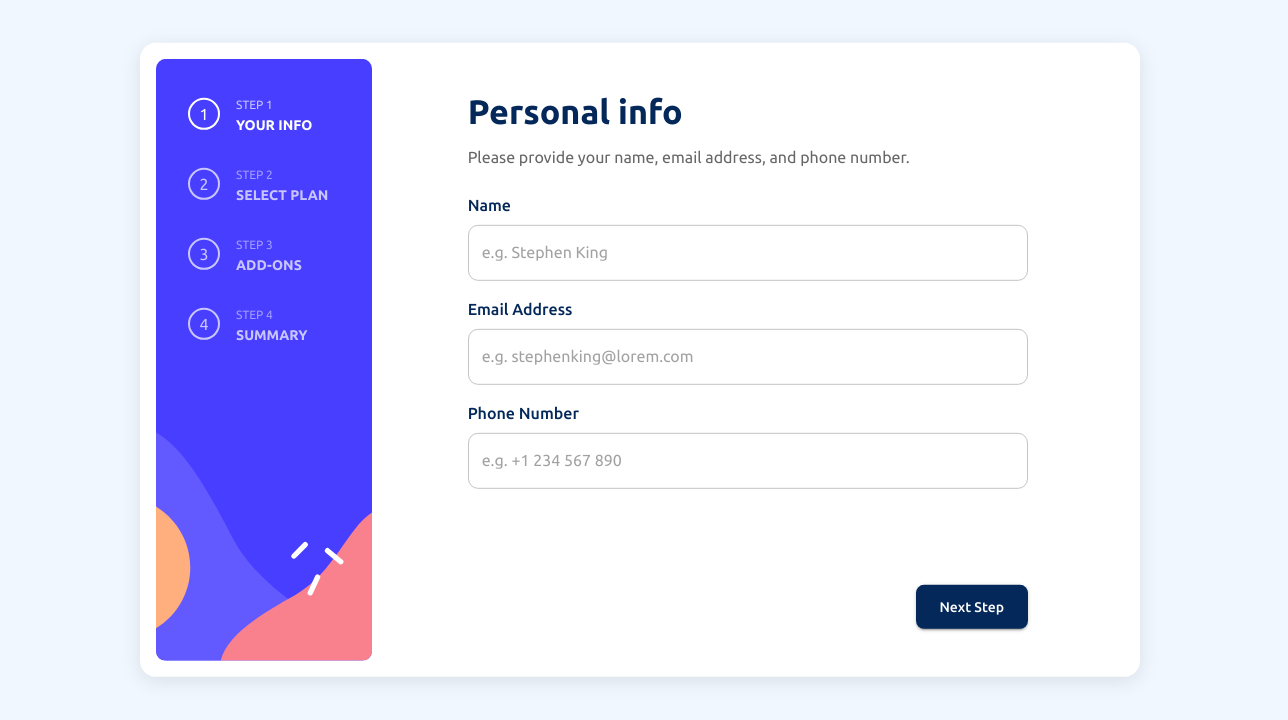
Repository: ozerrrs/chalange7days
Page: / (app in 7dayschalange/7dayschallange/)
The author's editor kept a copy of each file at every save. The page is drawn from the files as they stood at one save, then again after the next save.
The browser window is 1280 px wide. The page is 1280 px wide, then 1288 px, then 1280 px, so the pictures cover 1288 px, including what lies to the right of the window. The pictures show the whole page.
The project was rebuilt for these pictures with package versions that can differ from the ones it lists, and the page was loaded fresh each time. Also part of the build but not shown: 7dayschalange/7dayschallange/vite.config.js.

Above is the page before, as saved 2025-03-05 14:38:27.

### 7dayschalange/7dayschallange/src/main.jsx
import * as React from "react";
import * as ReactDOM from "react-dom/client";
import { ThemeProvider } from "@mui/material/styles";
import { CssBaseline } from "@mui/material";
import theme from "./theme/theme";
import App from "./App";
import "./index.css";
ReactDOM.createRoot(document.getElementById("root")).render(
  <React.StrictMode>
    <ThemeProvider theme={theme}>
      <CssBaseline />
      <App />
    </ThemeProvider>
  </React.StrictMode>
);

### 7dayschalange/7dayschallange/src/theme/theme.jsx
import { createTheme } from "@mui/material/styles";

const theme = createTheme({
  typography: {
    fontFamily: "'Ubuntu', sans-serif",
    h4: {
      fontWeight: 700,
    },
    h2: {
      fontWeight: 500,
    },
  },
  components: {
    MuiCssBaseline: {
      styleOverrides: `
        body {
          background-color: #f0f7ff;
        }
      `,
    },
  },
});

export default theme;

### 7dayschalange/7dayschallange/src/App.jsx
import { Routes, Route, BrowserRouter } from "react-router-dom";
import FirstPage from "./pages/firstPage";
import "@fontsource/ubuntu/400.css"; // Regular
import "@fontsource/ubuntu/500.css"; // Medium
import "@fontsource/ubuntu/700.css"; // Bold
function App() {
  return (
    <BrowserRouter>
      <Routes>
        <Route path="/" element={<FirstPage />} />
        {/* <Route path="/about" element={<About />} />
          <Route path="/login" element={<Login />} />
          <Route path="/register" element={<Register />} /> */}
      </Routes>
    </BrowserRouter>
  );
}
export default App;

### 7dayschalange/7dayschallange/src/index.css
#root {
  height: 100vh;
  width: 100vw;
  background-color: #f0f7ff;
}

### 7dayschalange/7dayschallange/src/pages/firstPage.jsx
import React, { useState } from "react";
import {
  Box,
  TextField,
  Typography,
  Button,
  Stepper,
  Step,
  StepLabel,
  Paper,
  Container,
  Grid,
  CssBaseline,
} from "@mui/material";
import { styled, ThemeProvider } from "@mui/material/styles";
// Import the background image for the sidebar
import backgroundNav from "../assets/bg-sidebar-desktop.svg"; // Adjust the path as needed

const FormContainer = styled(Paper)(({ theme }) => ({
  padding: theme.spacing(2),
  borderRadius: 16,
  boxShadow: "0px 4px 20px rgba(0, 0, 0, 0.1)",
  display: "flex",
  overflow: "hidden",
  minWidth: 1000,
  margin: "0 auto",
  position: "absolute",
  top: "50%",
  left: "50%",
  transform: "translate(-50%, -50%)",
}));

const SideBar = styled(Box)(({ theme }) => ({
  padding: theme.spacing(4),
  borderRadius: "10px 10px 10px 10px",
  color: "white",
  width: 274,
  position: "relative",
  overflow: "hidden",
  background: "none",
  minHeight: 568,
}));

const ContentArea = styled(Box)(({ theme }) => ({
  paddingLeft: theme.spacing(12),
  paddingRight: theme.spacing(12),
  paddingTop: theme.spacing(4),
  paddingBottom: theme.spacing(4),
  width: "100%",
}));

const NextButton = styled(Button)(({ theme }) => ({
  backgroundColor: "#04285a",
  color: "white",
  borderRadius: 8,
  padding: "10px 24px",
  textTransform: "none", // This prevents uppercase text

  "&:hover": {
    backgroundColor: "#172b4d",
  },
}));
const StyledTextField = styled(TextField)(({ theme }) => ({
  marginBottom: theme.spacing(2),
  "& .MuiOutlinedInput-root": {
    borderRadius: "10px",
    "& fieldset": {
      borderRadius: "10px",
    },
  },
}));

const StepNumber = styled(Box)(({ theme }) => ({
  width: 32,
  height: 32,
  borderRadius: "50%",
  border: "2px solid white",
  display: "flex",
  alignItems: "center",
  justifyContent: "center",
  marginRight: theme.spacing(2),
}));

const StepItem = styled(Box)(({ theme, active }) => ({
  display: "flex",
  alignItems: "center",
  marginBottom: theme.spacing(3),
  opacity: active ? 1 : 0.7,
}));

const steps = [
  { label: "YOUR INFO", description: "Personal details" },
  { label: "SELECT PLAN", description: "Choose your plan" },
  { label: "ADD-ONS", description: "Add extra features" },
  { label: "SUMMARY", description: "Review your order" },
];

function MultiStepForm() {
  const [activeStep, setActiveStep] = useState(0);
  const [formData, setFormData] = useState({
    name: "",
    email: "",
    phone: "",
  });

  const handleInputChange = (e) => {
    const { name, value } = e.target;
    setFormData({
      ...formData,
      [name]: value,
    });
  };

  const handleNext = () => {
    setActiveStep((prevActiveStep) => prevActiveStep + 1);
  };

  const handleBack = () => {
    setActiveStep((prevActiveStep) => prevActiveStep - 1);
  };

  const getStepContent = (step) => {
    switch (step) {
      case 0:
        return (
          <Box>
            <Typography
              variant="h4"
              gutterBottom
              fontWeight="bold"
              sx={{ color: "#04285a" }}
            >
              Personal info
            </Typography>
            <Typography color="textSecondary" paragraph>
              Please provide your name, email address, and phone number.
            </Typography>

            <Box mt={3}>
              <Typography fontWeight={500} mb={1} sx={{ color: "#04285a" }}>
                Name
              </Typography>
              <StyledTextField
                fullWidth
                placeholder="e.g. Stephen King"
                name="name"
                value={formData.name}
                onChange={handleInputChange}
                variant="outlined"
              />

              <Typography fontWeight={500} mb={1} sx={{ color: "#04285a" }}>
                Email Address
              </Typography>

              <StyledTextField
                fullWidth
                placeholder="e.g. stephenking@lorem.com"
                name="email"
                value={formData.email}
                onChange={handleInputChange}
                variant="outlined"
              />

              <Typography fontWeight={500} mb={1} sx={{ color: "#04285a" }}>
                Phone Number
              </Typography>

              <StyledTextField
                fullWidth
                placeholder="e.g. +1 234 567 890"
                name="phone"
                value={formData.phone}
                onChange={handleInputChange}
                variant="outlined"
                sx={{ mb: 8 }}
              />
            </Box>
          </Box>
        );
      case 1:
        return (
          <Box>
            <Typography
              variant="h4"
              gutterBottom
              fontWeight="bold"
              sx={{ color: "#04285a" }}
            >
              Select your plan
            </Typography>
            <Typography color="textSecondary" paragraph>
              You have the option of monthly or yearly billing.
            </Typography>

            {/* Plan selection content will go here */}
            <Box mt={3} sx={{ display: "flex", gap: 2 }}>
              {/* Example plan cards would go here */}
              <Paper
                sx={{
                  p: 2,
                  borderRadius: 2,
                  flex: 1,
                  border: "1px solid #ccc",
                }}
              >
                <Typography fontWeight="bold" sx={{ color: "#04285a" }}>
                  Arcade
                </Typography>
                <Typography color="textSecondary">$9/mo</Typography>
              </Paper>

              <Paper
                sx={{
                  p: 2,
                  borderRadius: 2,
                  flex: 1,
                  border: "1px solid #ccc",
                }}
              >
                <Typography fontWeight="bold" sx={{ color: "#04285a" }}>
                  Advanced
                </Typography>
                <Typography color="textSecondary">$12/mo</Typography>
              </Paper>

              <Paper
                sx={{
                  p: 2,
                  borderRadius: 2,
                  flex: 1,
                  border: "1px solid #ccc",
                }}
              >
                <Typography fontWeight="bold" sx={{ color: "#04285a" }}>
                  Pro
                </Typography>
                <Typography color="textSecondary">$15/mo</Typography>
              </Paper>
            </Box>
          </Box>
        );
      case 2:
        return (
          <Box>
            <Typography
              variant="h4"
              gutterBottom
              fontWeight="bold"
              sx={{ color: "#04285a" }}
            >
              Pick add-ons
            </Typography>
            <Typography color="textSecondary" paragraph>
              Add-ons help enhance your gaming experience.
            </Typography>
          </Box>
        );
      case 3:
        return (
          <Box>
            <Typography
              variant="h4"
              gutterBottom
              fontWeight="bold"
              sx={{ color: "#04285a" }}
            >
              Summary
            </Typography>
            <Typography color="textSecondary" paragraph>
              Please confirm your selections.
            </Typography>
          </Box>
        );
      default:
        return "Unknown step";
    }
  };

  return (
    <FormContainer>
      <SideBar>
        <Box
          sx={{
            position: "absolute",
            top: 0,
            left: 0,
            width: "100%",
            height: "100%",
            zIndex: 0,
          }}
        >
          <img
            src={backgroundNav}
            alt="background"
            style={{ width: "100%", height: "100%", objectFit: "cover" }}
          />
        </Box>
        <Box sx={{ position: "relative", zIndex: 1 }}>
          {steps.map((step, index) => (
            <StepItem key={index} active={activeStep === index}>
              <StepNumber>{index + 1}</StepNumber>
              <Box>
                <Typography variant="caption" sx={{ opacity: 0.7 }}>
                  STEP {index + 1}
                </Typography>
                <Typography variant="subtitle2" fontWeight="bold">
                  {step.label}
                </Typography>
              </Box>
            </StepItem>
          ))}
        </Box>
      </SideBar>

      <ContentArea>
        {getStepContent(activeStep)}

        <Box sx={{ display: "flex", justifyContent: "flex-end", mt: 4 }}>
          {activeStep !== 0 && (
            <Button onClick={handleBack} sx={{ mr: 1 }}>
              Back
            </Button>
          )}
          <NextButton variant="contained" onClick={handleNext}>
            Next Step
          </NextButton>
        </Box>
      </ContentArea>
    </FormContainer>
  );
}

export default MultiStepForm;

Loaded but not shown: 7dayschalange/7dayschallange/index.html (common file)

After the next save:
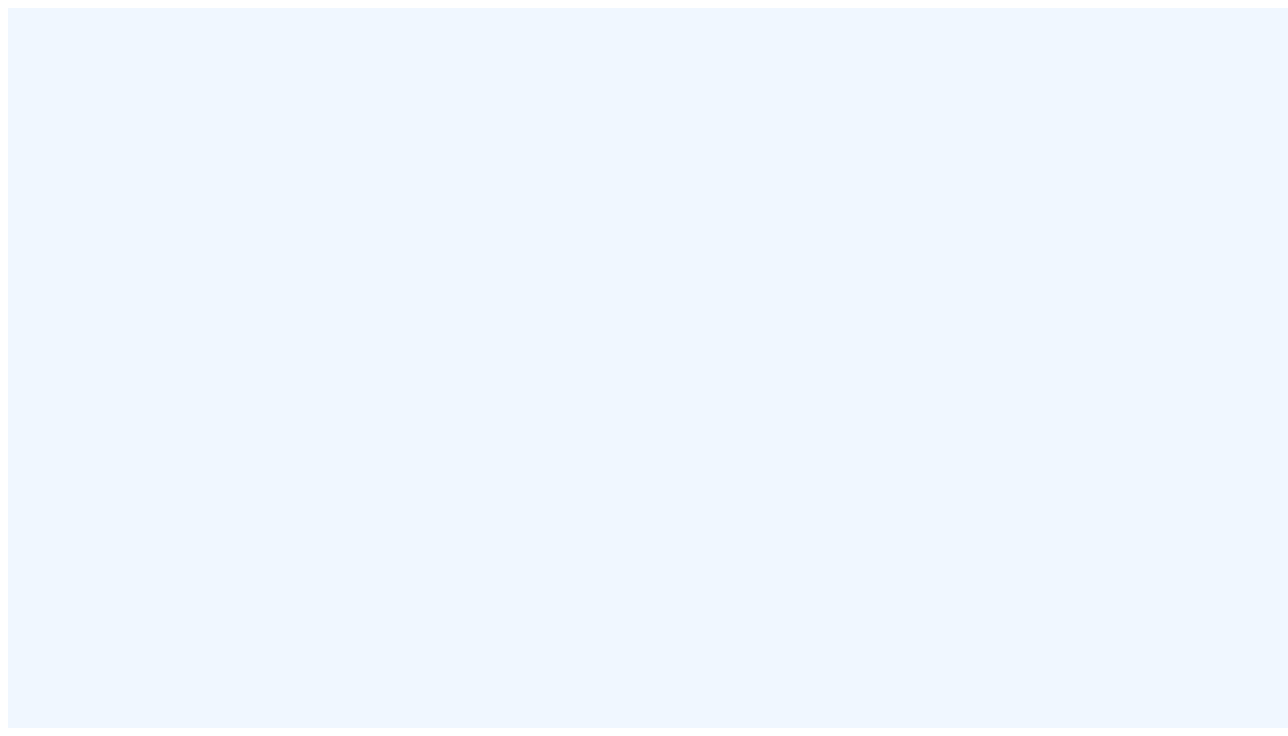
Console error: ReferenceError: iayse is not defined
Saved 3 min 47 s later.
--- a/7dayschalange/7dayschallange/src/pages/firstPage.jsx
+++ b/7dayschalange/7dayschallange/src/pages/firstPage.jsx
@@ -299,7 +299,7 @@
         <Box sx={{ position: "relative", zIndex: 1 }}>
           {steps.map((step, index) => (
             <StepItem key={index} active={activeStep === index}>
-              <StepNumber>{index + 1}</StepNumber>
+              <StepNumber>{iayse}</StepNumber>
               <Box>
                 <Typography variant="caption" sx={{ opacity: 0.7 }}>
                   STEP {index + 1}

After the save that followed:
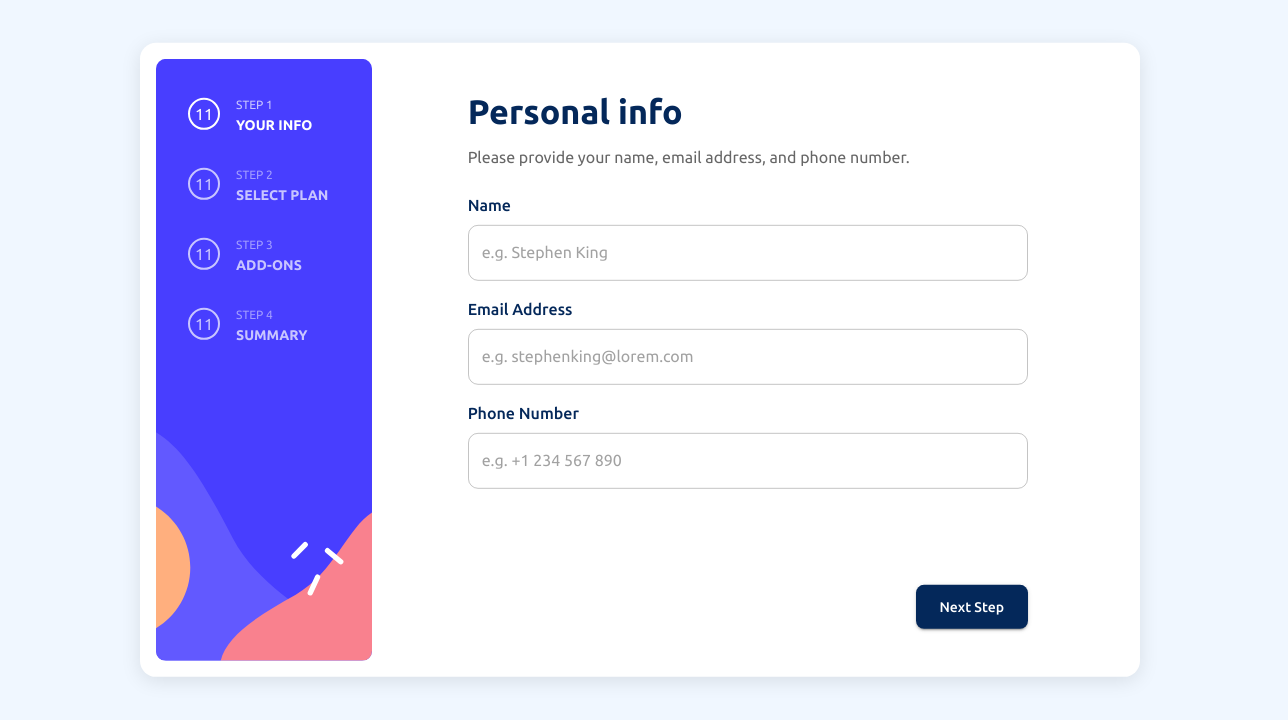
The error is gone.
Saved 4 s later.
--- a/7dayschalange/7dayschallange/src/pages/firstPage.jsx
+++ b/7dayschalange/7dayschallange/src/pages/firstPage.jsx
@@ -299,7 +299,7 @@
         <Box sx={{ position: "relative", zIndex: 1 }}>
           {steps.map((step, index) => (
             <StepItem key={index} active={activeStep === index}>
-              <StepNumber>{iayse}</StepNumber>
+              <StepNumber>{11}</StepNumber>
               <Box>
                 <Typography variant="caption" sx={{ opacity: 0.7 }}>
                   STEP {index + 1}
